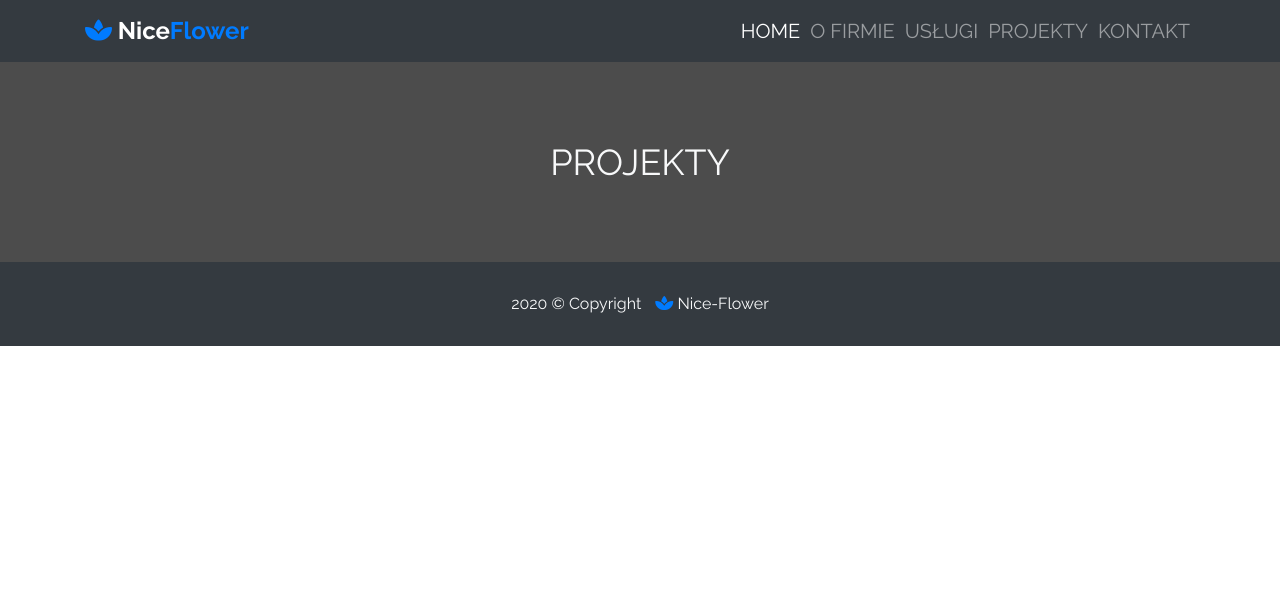
Repository: KrzysKolo/Projekt-13_Kwiaciarnia
Page: projects.html
An editor plug-in stored every save of this project. The page is shown before and after the next save, followed by the edit.
The browser window is 1280 px wide. The pictures show the whole page.
Some web libraries are served in a nearby version.

Above is the page before, as saved 2020-08-11 11:51:55.

### projects.html
<!DOCTYPE html>
<html lang="pl">
  <head>
    <meta charset="UTF-8" />
    <meta name="viewport" content="width=device-width, initial-scale=1.0" />
    <title>Nice-Flower</title>
    <script
      src="https://kit.fontawesome.com/21efeaf281.js"
      crossorigin="anonymous"
    ></script>

    <link
      rel="stylesheet"
      href="https://stackpath.bootstrapcdn.com/bootstrap/4.5.0/css/bootstrap.min.css"
      integrity="sha384-9aIt2nRpC12Uk9gS9baDl411NQApFmC26EwAOH8WgZl5MYYxFfc+NcPb1dKGj7Sk"
      crossorigin="anonymous"
    />
    <link
      href="https://fonts.googleapis.com/css2?family=Raleway:wght@400;700&display=swap"
      rel="stylesheet"
    />
    <link rel="stylesheet" href="style.css" />
  </head>
  <body>
    <nav class="navbar navbar-expand-lg navbar-dark bg-dark py-3">
      <div class="container">
        <a class="navbar-brand" href="index.html"
          ><i class="fas fa-spa text-primary"></i> Nice<span
            class="text-primary"
            >Flower</span
          ></a
        >
        <button
          class="navbar-toggler border-0"
          type="button"
          data-toggle="collapse"
          data-target="#navbarNavAltMarkup"
          aria-controls="navbarNavAltMarkup"
          aria-expanded="false"
          aria-label="Toggle navigation"
        >
          <i class="fas fa-bars px-4"></i>
        </button>
        <div class="collapse navbar-collapse" id="navbarNavAltMarkup">
          <div class="navbar-nav ml-auto">
            <a class="nav-link active" href="index.html">Home </a>
            <a class="nav-link" href="abouteus.html">O firmie</a>
            <a class="nav-link" href="services.html"> Usługi</a>
            <a class="nav-link" href="#"
              ><span class="sr-only">(current)</span>Projekty</a
            >
            <a class="nav-link" href="contact.html">Kontakt</a>
          </div>
        </div>
      </div>
    </nav>

    <!-- MAIN -->
    <main>
      <section class="top-hero projects-hero">
        <div class="hero-shadow"></div>
        <p class="top-hero-text text-light">Projekty</p>
      </section>
    </main>
    <footer class="bg-dark text-light">
      <p class="py-5 px-3 mb-0 text-center">
        2020 &copy; Copyright
        <i class="ml-3 fas fa-spa text-primary"></i> Nice-Flower
      </p>
    </footer>
    <script
      src="https://code.jquery.com/jquery-3.5.1.slim.min.js"
      integrity="sha384-DfXdz2htPH0lsSSs5nCTpuj/zy4C+OGpamoFVy38MVBnE+IbbVYUew+OrCXaRkfj"
      crossorigin="anonymous"
    ></script>
    <script
      src="https://cdn.jsdelivr.net/npm/popper.js@1.16.0/dist/umd/popper.min.js"
      integrity="sha384-Q6E9RHvbIyZFJoft+2mJbHaEWldlvI9IOYy5n3zV9zzTtmI3UksdQRVvoxMfooAo"
      crossorigin="anonymous"
    ></script>
    <script
      src="https://stackpath.bootstrapcdn.com/bootstrap/4.5.0/js/bootstrap.min.js"
      integrity="sha384-OgVRvuATP1z7JjHLkuOU7Xw704+h835Lr+6QL9UvYjZE3Ipu6Tp75j7Bh/kR0JKI"
      crossorigin="anonymous"
    ></script>
  </body>
</html>

### style.css
* {
  box-sizing: border-box;
  margin: 0;
  padding: 0;
}
html {
  font-size: 62.5%;
}
body {
  font-family: "Raleway", sans-serif;
  font-size: 1.6rem;
}
.hero-shadow {
  position: absolute;
  top: 0;
  width: 100%;
  height: 100%;
  background-color: rgba(0, 0, 0, 0.7);
  z-index: -1;
}
.additional-text {
  font-size: 1.8rem;
}
.top-hero {
  position: relative;
  height: 20rem;
  background-size: cover;
  z-index: 0;
}
.top-hero-text {
  display: flex;
  justify-content: center;
  align-items: center;
  height: 100%;
  font-size: 3.6rem;
  text-transform: uppercase;
}
/* ----------- */
/*  nawigacja  */
/* ----------- */
nav {
  font-size: 2rem;
  text-transform: uppercase;
}
.navbar-toggler {
  font-size: 3rem;
}
.navbar-brand {
  font-size: 2.4rem;
  font-weight: bold;
  text-transform: none;
}
/* ----------- */
/*    header   */
/* ----------- */
header {
  font-size: 2rem;
}
.carousel-item {
  position: relative;
  height: 400px;
  background-position: center;
  background-size: cover;
  z-index: 0;
}
.carousel-img-one {
  background-image: url("./img/b1m.jpg");
}
.carousel-img-two {
  background-image: url("./img/b2m.jpg");
}
.carousel-img-three {
  background-image: url("./img/b4m.jpg");
}
/* ----------- */
/*     main    */
/* ----------- */
.home-boxes {
  padding: 5rem 0;
}
.home-box i {
  font-size: 4rem;
}
.home-box h3 {
  font-size: 2.6rem;
}
/* ----------- */
.home-passion {
  position: relative;
  height: 350px;
  background-image: url("./img/b8m.jpg");
  background-position: center;
  background-size: cover;
  z-index: 0;
}
/* ----------- */
.home-brand h3 {
  font-size: 3rem;
  font-weight: bold;
}
/* ----------- */
/*   aboutus   */
/* ----------- */
.aboutus-hero {
  background-image: url("./img/obrazek1.jpg");
  background-position: bottom;
}
/* ----------- */
.aboutus-top .display-3 {
  text-transform: uppercase;
}
/* ----------- */
.aboutus-info {
  background-color: rgba(0, 0, 0, 0.3);
}
.aboutus-info .container {
  padding: 2em 0.5em;
}
.aboutus-text {
  padding: 1.8rem;
}
.aboutus-text h3 {
  margin-bottom: 0.5em;
  font-size: 2.6rem;
  text-transform: uppercase;
  font-weight: bold;
  text-decoration: underline #007bff;
}
.abouts-text-right {
  text-align: right;
}
.aboutus-img {
  height: 300px;
  background-image: url("./img/b5m.jpg");
  background-position: center;
  background-size: cover;
}
/* ----------- */
.aboutus-bottom i {
  font-size: 3rem;
}
.aboutus-bottom h3 {
  font-size: 2.2rem;
  font-weight: bold;
}
/* ----------- */
/*    usługi   */
/* ----------- */
.service-hero {
  background-image: url("./img/pm.jpg");
  background-position: 0 50%;
}
/* ----------- */
.service-hero-box {
  position: relative;
  height: 300px;
  background-size: cover;
  z-index: 0;
}
.service-hero-box p {
  display: flex;
  justify-content: center;
  align-items: center;
  font-size: 3rem;
  text-transform: uppercase;
}
.service-pricing .box-one {
  background-image: url("./img/b2m.jpg");
}
.service-pricing .box-two {
  background-image: url("./img/bsm.jpg");
}
.service-pricing .box-three {
  background-image: url("./img/wm.jpg");
}
.service-pricing .box-four {
  background-image: url("./img/rdm.jpg");
}
.service-pricing .card-header {
  font-size: 2rem;
  cursor: pointer;
}
.service-pricing h3 {
  font-weight: bold;
}
.service-pricing .btn {
  font-size: 1.6rem;
  text-transform: uppercase;
}
/* ----------- */
/*    footer   */
/* ----------- */
footer {
  font-size: 1.6rem;
}
@media (min-width: 992px) {
  .aboutus-info .container {
    padding: 0;
  }
  .aboutus-shadow {
    box-shadow: inset 0 5px 10px -5px rgba(0, 0, 0, 0.4);
  }
  .aboutus-text {
    padding: 5em 0;
    transform: skew(-15deg);
  }
  .abouts-text-left {
    padding-right: 2em;
    text-align: right;
  }
  .abouts-text-right {
    padding-left: 2em;
    text-align: left;
  }
  .aboutus-img {
    height: auto;
    transform: skew(-15deg);
  }
}
@media (min-width: 1400px) {
  .carousel-item {
    height: 600px;
  }
  .carousel-img-one {
    background-image: url("./img/b1.jpg");
  }
  .carousel-img-two {
    background-image: url("./img/b2.jpg");
  }
  .carousel-img-three {
    background-image: url("./img/b4.jpg");
  }
}

After the next save:
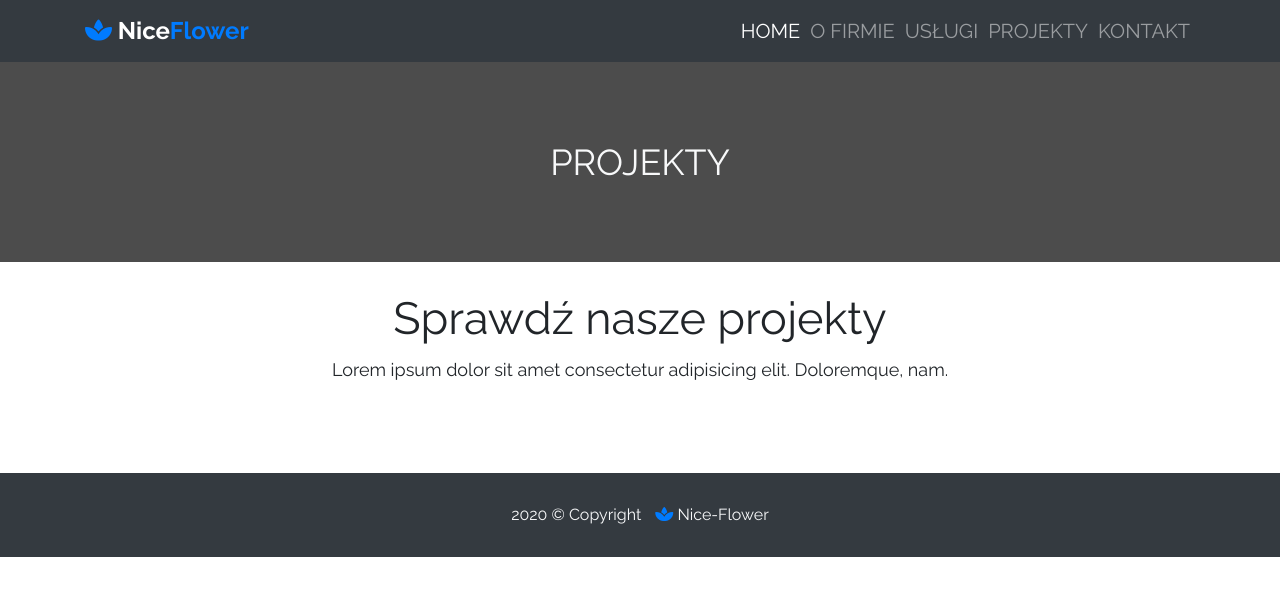
Saved 5 min 38 s later.
--- a/projects.html
+++ b/projects.html
@@ -61,6 +61,15 @@
         <div class="hero-shadow"></div>
         <p class="top-hero-text text-light">Projekty</p>
       </section>
+      <section class="py-5 projects mb-5">
+        <div class="container text-center mb-5">
+          <p class="display-3">Sprawdź nasze projekty</p>
+          <p class="additional-text">
+            Lorem ipsum dolor sit amet consectetur adipisicing elit. Doloremque,
+            nam.
+          </p>
+        </div>
+      </section>
     </main>
     <footer class="bg-dark text-light">
       <p class="py-5 px-3 mb-0 text-center">
